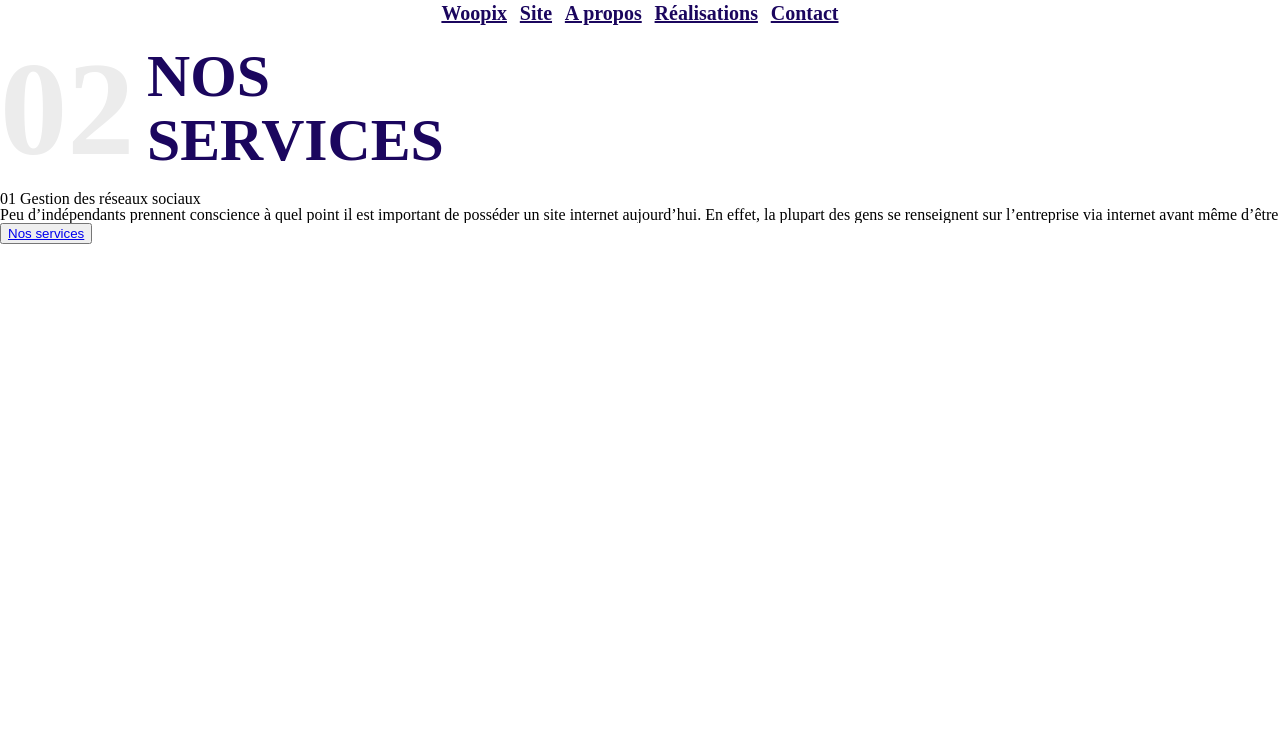
Repository: keloriane/woopix
Page: /woopix/nos-services
The author's editor kept a copy of each file at every save. The page is drawn from the files as they stood at one save, then again after the next save.
The browser window is 1280 px wide. The pictures show the whole page.
The project was rebuilt for these pictures with package versions that can differ from the ones it lists, and the page was loaded fresh each time. Also part of the build but not shown: src/pages/Services/components/ServiceItem.js, src/pages/Services/components/ServiceOption.js, src/pages/Services/index.js, src/pages/Home.js, src/global/Container.js, src/pages/About/index.js, src/pages/Portfolio/index.js.

Above is the page before, as saved 2020-09-25 13:24:41.

After the next save:
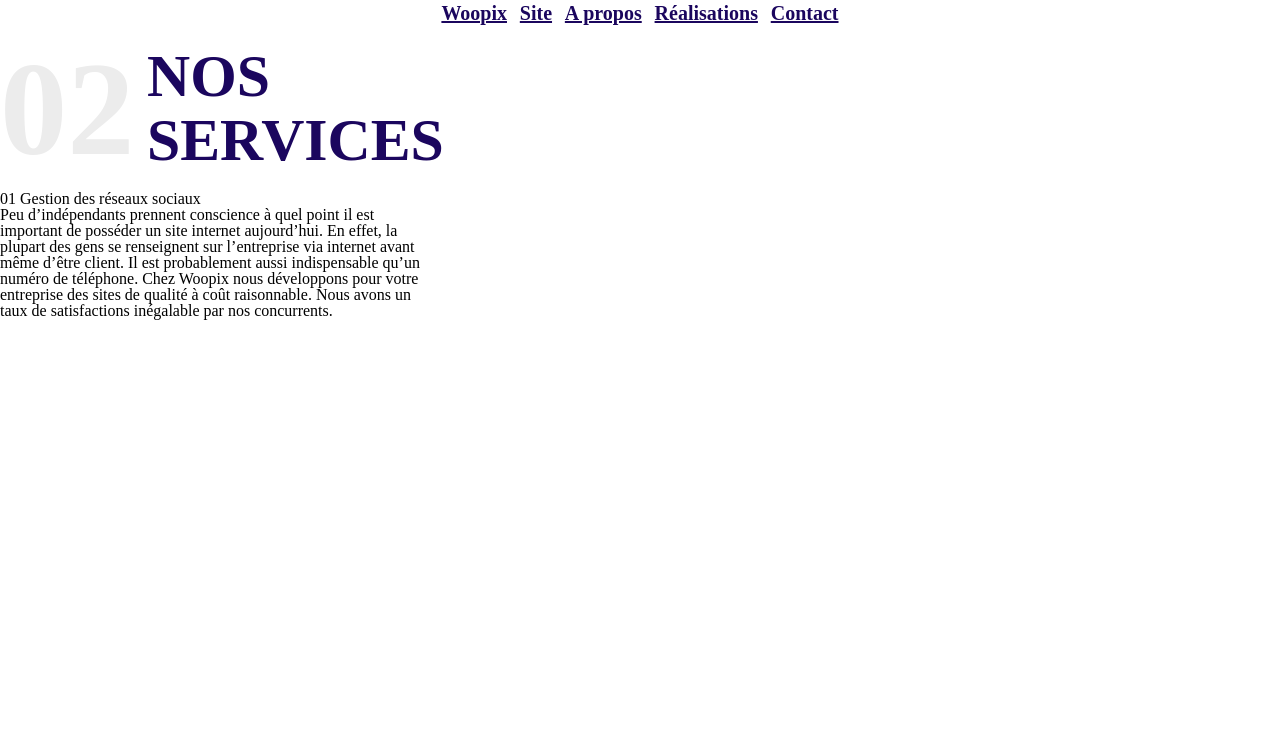
Saved 3 min 40 s later.
--- a/src/pages/OurServices/index.js
+++ b/src/pages/OurServices/index.js
@@ -59,6 +59,14 @@
       }
     }
     @media screen and (min-width: 596px) {
+        #our-service{
+            .services{
+                .slider-container{
+                    width: 431px;
+                    height: 612px;
+                }
+            }
+        }
     }
     @media screen and (min-width: 992px) {
     }
